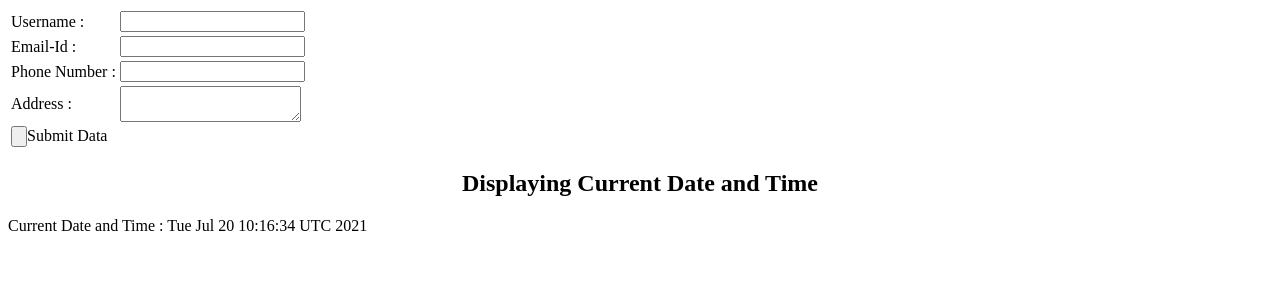
Repository: SHANMUGAPRIYAP98/SpringBootApp
Page: http://localhost/DateTime/
These files come from the project's save history. The page is drawn as it stood at one moment and after the next save; the edit follows.
The browser window is 1280 px wide. The pictures show the whole page.
The page is served by Tomcat 9.

Above is the page before, as saved 2021-07-22 08:20:30.

After the next save:
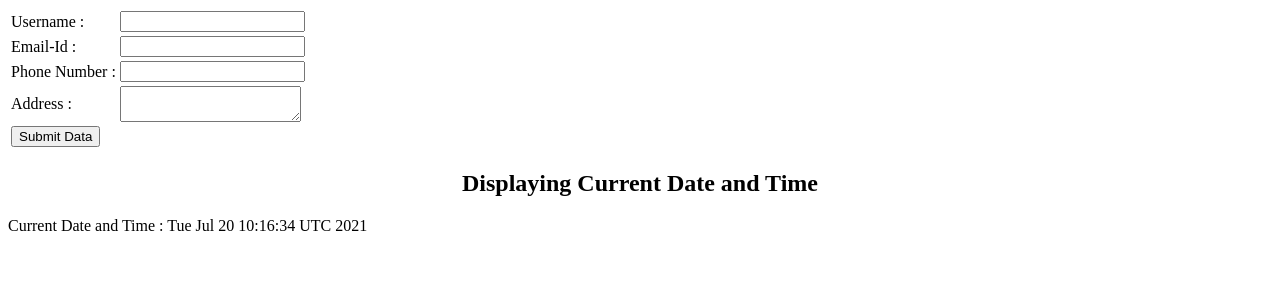
Saved 81 s later.
--- a/DateTime/src/main/webapp/index.jsp
+++ b/DateTime/src/main/webapp/index.jsp
@@ -24,7 +24,7 @@ function onGetData()
 <tr><td>Email-Id : </td><td><input type="email" id="mail" /></td></tr>
 <tr><td>Phone Number : </td><td><input type="text" id="phone" maxlength="10" /></td></tr>
 <tr><td>Address : </td><td><textarea  id="addr"></textarea>
-<tr><td><input type="button" onClick="onGetData()" />Submit Data</td></tr>
+<tr><td><input type="button" onClick="onGetData()" value="Submit Data"/></td></tr>
 </table>
 </form>
 <h2><center>Displaying Current Date and Time</center></h2>
